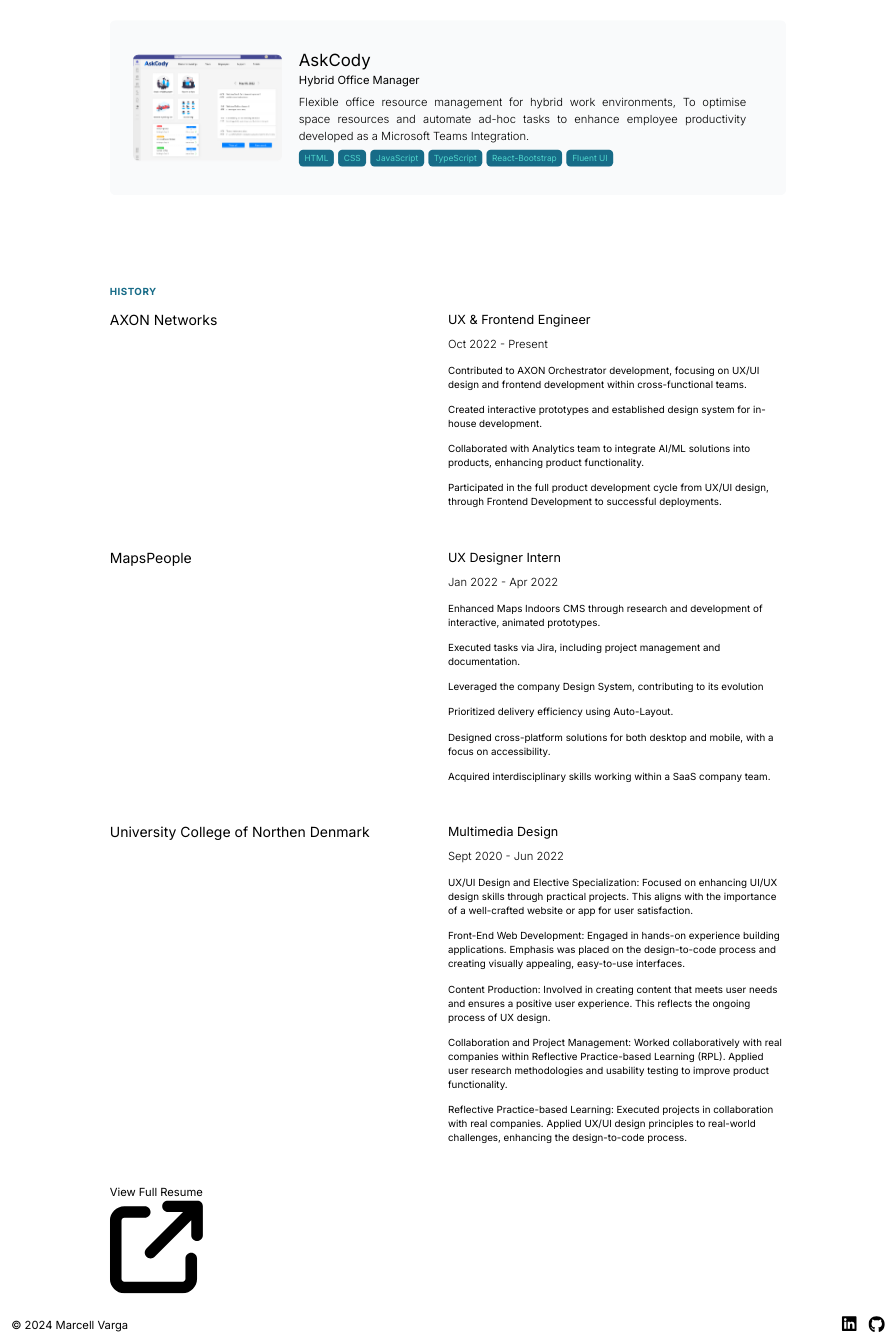
Repository: TheMarcellVarga/personal-portfolio-v.2
Page: /
These files come from the project's save history. The page is drawn as it stood at one moment and after the next save; the edit follows.
The browser window is 1280 px wide. The pictures show the part of the page from y = 2507 to 4427 px (the page is 4427 px tall before and 4330 px after), at 70% of full size.
The project was rebuilt for these pictures with package versions that can differ from the ones it lists, and the page was loaded fresh each time. The framework's server and built-in components were replaced by stand-ins that run in the browser. Also part of the build but not shown: next.config.mjs.

Above is the page before, as saved 2024-06-16 20:48:25.

### app/layout.tsx
import type { Metadata } from "next";
import { Inter } from "next/font/google";
import "./globals.css";

const inter = Inter({ subsets: ["latin"] });

export const metadata: Metadata = {
  title: {
    template: "%s | Marcell Varga",
    default: "Marcell Varga",
  },
  description: "Marcell Varga Portfolio | UX & Frontend Engineer",
};
export default function RootLayout({
  children,
}: Readonly<{
  children: React.ReactNode;
}>) {
  return (
    <html lang="en">
      <body className={inter.className}>{children}</body>
    </html>
  );
}

### app/globals.css
@tailwind base;
@tailwind components;
@tailwind utilities;

/* :root {
  --foreground-rgb: 0, 0, 0;
  --background-start-rgb: 214, 219, 220;
  --background-end-rgb: 255, 255, 255;
}

@media (prefers-color-scheme: dark) {
  :root {
    --foreground-rgb: 255, 255, 255;
    --background-start-rgb: 0, 0, 0;
    --background-end-rgb: 0, 0, 0;
  }
}

body {
  color: rgb(var(--foreground-rgb));
  background: linear-gradient(
      to bottom,
      transparent,
      rgb(var(--background-end-rgb))
    )
    rgb(var(--background-start-rgb));
}

@layer utilities {
  .text-balance {
    text-wrap: balance;
  }
} */

/* Light mode */
body {
  background-color: white;
  color: black;
}

/* Dark mode */
.dark body {
  background-color: black;
  color: white;
}

/* globals.css */
.svg-pink {
  fill: pink;
}

/* In your CSS file */
.light .dark-mode-icon {
  fill: #ffffff
}

.dark .dark-mode-icon {
  fill: #ffffff; /* Dark mode color */
}

@-webkit-keyframes animate-svg-stroke-1 {
  0% {
    stroke-dashoffset: 210.06117248535156px;
    stroke-dasharray: 210.06117248535156px;
  }

  100% {
    stroke-dashoffset: 420.1223449707031px;
    stroke-dasharray: 210.06117248535156px;
  }
}

@keyframes animate-svg-stroke-1 {
  0% {
    stroke-dashoffset: 210.06117248535156px;
    stroke-dasharray: 210.06117248535156px;
  }

  100% {
    stroke-dashoffset: 420.1223449707031px;
    stroke-dasharray: 210.06117248535156px;
  }
}

.svg-elem-1 {
  -webkit-animation: animate-svg-stroke-1 1s ease-in-out 1s both;
  animation: animate-svg-stroke-1 1s ease-in-out 1s both;
}

@-webkit-keyframes animate-svg-stroke-2 {
  0% {
    stroke-dashoffset: 798.271240234375px;
    stroke-dasharray: 798.271240234375px;
  }

  100% {
    stroke-dashoffset: 1596.54248046875px;
    stroke-dasharray: 798.271240234375px;
  }
}

@keyframes animate-svg-stroke-2 {
  0% {
    stroke-dashoffset: 798.271240234375px;
    stroke-dasharray: 798.271240234375px;
  }

  100% {
    stroke-dashoffset: 1596.54248046875px;
    stroke-dasharray: 798.271240234375px;
  }
}

.svg-elem-2 {
  -webkit-animation: animate-svg-stroke-2 1s ease-in-out 1.12s both;
  animation: animate-svg-stroke-2 1s ease-in-out 1.12s both;
}

@-webkit-keyframes animate-svg-stroke-3 {
  0% {
    stroke-dashoffset: 2px;
    stroke-dasharray: 2px;
  }

  100% {
    stroke-dashoffset: 4px;
    stroke-dasharray: 2px;
  }
}

@keyframes animate-svg-stroke-3 {
  0% {
    stroke-dashoffset: 2px;
    stroke-dasharray: 2px;
  }

  100% {
    stroke-dashoffset: 4px;
    stroke-dasharray: 2px;
  }
}

.svg-elem-3 {
  -webkit-animation: animate-svg-stroke-3 1s ease-in-out 1.24s both;
  animation: animate-svg-stroke-3 1s ease-in-out 1.24s both;
}

/* CSS for the overlay */
.nav-overlay {
  position: fixed;
  top: 0;
  right: 0;
  width: 80%; /* Adjust the width as needed */
  height: 100%;
  background-color: rgba(23, 107, 135, 1); /* Semi-transparent background */
  transform: translateX(100%); /* Hidden off-screen to the right */
  transition: transform 0.3s ease-out; /* Smooth transition */
  display: flex;
  flex-direction: column;
  justify-content: space-between; /* Pushes the button to the bottom */
  align-items: center;
  padding: 2rem;
  z-index: 2;
 }

 .nav-overlay.open {
  transform: translateX(0); /* Slide in from the right */
 }

/* Hamburger menu with increased z-index when open */
.md\:hidden {
  cursor: pointer;
  z-index: 2; /* Default z-index */
}

.md\:hidden.open {
  z-index: 5; /* Increased z-index when open */
}

/* Hamburger menu lines */
.md\:hidden > div {
  transition: all 0.3s ease;
}

/* Top line of the hamburger menu */
.md\:hidden > div:nth-child(1) {
  transform-origin: center;
}

/* Middle line of the hamburger menu */
.md\:hidden > div:nth-child(2) {
  transform-origin: center;
}

/* Bottom line of the hamburger menu */
.md\:hidden > div:nth-child(3) {
  transform-origin: center;
}

/* Animation for the hamburger menu to become a cross */
.md\:hidden.open > div:nth-child(1) {
  transform: rotate(45deg);
}

.md\:hidden.open > div:nth-child(2) {
  opacity: 0;
}

.md\:hidden.open > div:nth-child(3) {
  transform: rotate(-45deg);
}

/* Hamburger menu with increased z-index when open */
.md\:hidden {
  cursor: pointer;
  z-index: 2; /* Default z-index */
}

.md\:hidden.open {
  z-index: 5; /* Increased z-index when open */
}

/* CSS for the close button */
.close-btn {
  position: absolute;
  top: 1rem;
  right: 1rem;
  background: none;
  border: none;
  font-size: 1.5rem;
  color: #fff;
  cursor: pointer;
}

/* globals.css */
.sticky-header {
  position: sticky;
  top: 0;
  z-index: 1000; /* Ensure the header stays on top of other content */
}

.pink-svg {
  filter: hue-rotate(300deg); /* Adjust the degree value as needed */
}

@keyframes moveDown {
  0% {
    transform: translateY(0);
  }
  100% {
    transform: translateY(15px); /* Adjust the value as needed */
  }
}

.animate-moveDown {
  animation: moveDown 2s infinite alternate ease-in-out; /* Adjust the duration as needed */
}

.globe-container {
  display: flex;
  justify-content: center;
  align-items: center;
  width: 100%;
  height: 500px; /* Adjust based on your desired height */
}

### public/icons/indexSigAnimated.tsx
import React from "react";

interface IconProps {
  isDarkMode: boolean;
  isOpen: boolean;
}

const IndexSigAnimatedIcon: React.FC<IconProps> = ({ isDarkMode, isOpen }) => {
  return (
    <svg
      className="svg-elem-1"
      width="85"
      height="37"
      viewBox="0 0 85 37"
      fill="none"
      xmlns="http://www.w3.org/2000/svg"
    >
      <g clipPath="url(#clip0_18_152)">
        <path
          stroke={isOpen ? "#053B50" : isDarkMode ? "white" : "#053B50"}
          strokeLinecap="round"
          strokeLinejoin="round"
          d="M0.396973 36.3291C0.396973 36.3291 1.80464 21.811 13.6633 7.89246"
        />
        <path
          stroke={isOpen ? "#053B50" : isDarkMode ? "white" : "#053B50"}
          strokeLinecap="round"
          strokeLinejoin="round"
          d="M84.6029 0.378418C83.4907 1.72562 28.5188 31.0478 28.5188 31.0478C34.2765 18.2493 39.5275 5.38881 37.4414 4.87415C37.3274 4.8523 37.2096 4.85749 37.0982 4.88928C31.574 6.017 19.8186 16.4677 17.715 17.2805C17.665 17.3015 17.6107 17.3113 17.5561 17.3093C16.4821 17.2881 15.8514 13.5856 15.4907 9.68776"
        />
      </g>
      <defs>
        <clipPath id="clip0_18_152">
          <rect width="85" height="36.7076" fill="white" />
        </clipPath>
      </defs>
    </svg>
  );
};

export default IndexSigAnimatedIcon;

### public/icons/darkMode.tsx
import React from "react";

interface IconProps {
  isDarkMode: boolean;
  isOpen: boolean;
}

const DarkModeIcon: React.FC<IconProps> = ({ isDarkMode, isOpen }) => {
  return (
    <svg
      xmlns="http://www.w3.org/2000/svg"
      height="24px"
      viewBox="0 -960 960 960"
      width="24px"
      fill="none"
    >
      <path
        fill={isOpen ? "white" : isDarkMode ? "white" : "black"}
        d="M480-80q-83 0-156-31.5T197-197q-54-54-85.5-127T80-480q0-83 31.5-156T197-763q54-54 127-85.5T480-880q83 0 156 31.5T763-763q54 54 85.5 127T880-480q0 83-31.5 156T763-197q-54 54-127 85.5T480-80Zm40-83q119-15 199.5-104.5T800-480q0-123-80.5-212.5T520-797v634Z"
      />
    </svg>
  );
};

export default DarkModeIcon;

### public/icons/linkedin.tsx
import React from "react";

interface LinkedInIconProps {
  isDarkMode: boolean;
  isOpen: boolean;
}

const LinkedInIcon: React.FC<LinkedInIconProps> = ({ isDarkMode, isOpen }) => {
  return (
    <svg
      width="22"
      height="22"
      viewBox="0 0 22 22"
      fill="none"
      xmlns="http://www.w3.org/2000/svg"
    >
      <path
        d="M20.25 0.5H2.24531C1.42031 0.5 0.75 1.17969 0.75 2.01406V19.9859C0.75 20.8203 1.42031 21.5 2.24531 21.5H20.25C21.075 21.5 21.75 20.8203 21.75 19.9859V2.01406C21.75 1.17969 21.075 0.5 20.25 0.5ZM7.09687 18.5H3.98438V8.47812H7.10156V18.5H7.09687ZM5.54062 7.10938C4.54219 7.10938 3.73594 6.29844 3.73594 5.30469C3.73594 4.31094 4.54219 3.5 5.54062 3.5C6.53437 3.5 7.34531 4.31094 7.34531 5.30469C7.34531 6.30312 6.53906 7.10938 5.54062 7.10938ZM18.7641 18.5H15.6516V13.625C15.6516 12.4625 15.6281 10.9672 14.0344 10.9672C12.4125 10.9672 12.1641 12.2328 12.1641 13.5406V18.5H9.05156V8.47812H12.0375V9.84687H12.0797C12.4969 9.05937 13.5141 8.22969 15.0281 8.22969C18.1781 8.22969 18.7641 10.3062 18.7641 13.0062V18.5Z"
        fill={isOpen ? "white" : isDarkMode ? "white" : "black"}
      />
    </svg>
  );
};

export default LinkedInIcon;

### public/icons/openResume.tsx
import React from "react";

interface IconProps {
  isDarkMode: boolean;
  isHover: boolean;
}

const DarkModeIcon: React.FC<IconProps> = ({ isDarkMode, isHover }) => {
  return (
    <svg xmlns="http://www.w3.org/2000/svg" viewBox="0 0 512 512">
      <path
        fill={isHover ? "blue" : isDarkMode ? "white" : "black"}
        d="M320 0c-17.7 0-32 14.3-32 32s14.3 32 32 32h82.7L201.4 265.4c-12.5 12.5-12.5 32.8 0 45.3s32.8 12.5 45.3 0L448 109.3V192c0 17.7 14.3 32 32 32s32-14.3 32-32V32c0-17.7-14.3-32-32-32H320zM80 32C35.8 32 0 67.8 0 112V432c0 44.2 35.8 80 80 80H400c44.2 0 80-35.8 80-80V320c0-17.7-14.3-32-32-32s-32 14.3-32 32V432c0 8.8-7.2 16-16 16H80c-8.8 0-16-7.2-16-16V112c0-8.8 7.2-16 16-16H192c17.7 0 32-14.3 32-32s-14.3-32-32-32H80z"
      />
    </svg>
  );
};

export default DarkModeIcon;

### public/icons/github.tsx
import React from "react";

interface IconProps {
  isDarkMode: boolean;
  isOpen: boolean;
}

const GitHubIcon: React.FC<IconProps> = ({ isDarkMode, isOpen }) => {
  return (
    <svg
      width="24"
      height="24"
      viewBox="0 0 24 24"
      fill="none"
      xmlns="http://www.w3.org/2000/svg"
    >
      <g clip-path="url(#clip0_21_650)">
        <path
          d="M8.52656 18.6281C8.52656 18.7219 8.41875 18.7969 8.28281 18.7969C8.12812 18.8109 8.02031 18.7359 8.02031 18.6281C8.02031 18.5344 8.12813 18.4594 8.26406 18.4594C8.40469 18.4453 8.52656 18.5203 8.52656 18.6281ZM7.06875 18.4172C7.03594 18.5109 7.12969 18.6187 7.27031 18.6469C7.39219 18.6937 7.53281 18.6469 7.56094 18.5531C7.58906 18.4594 7.5 18.3516 7.35938 18.3094C7.2375 18.2766 7.10156 18.3234 7.06875 18.4172ZM9.14062 18.3375C9.00469 18.3703 8.91094 18.4594 8.925 18.5672C8.93906 18.6609 9.06094 18.7219 9.20156 18.6891C9.3375 18.6562 9.43125 18.5672 9.41719 18.4734C9.40312 18.3844 9.27656 18.3234 9.14062 18.3375ZM12.225 0.375C5.72344 0.375 0.75 5.31094 0.75 11.8125C0.75 17.0109 4.02188 21.4594 8.69531 23.025C9.29531 23.1328 9.50625 22.7625 9.50625 22.4578C9.50625 22.1672 9.49219 20.5641 9.49219 19.5797C9.49219 19.5797 6.21094 20.2828 5.52188 18.1828C5.52188 18.1828 4.9875 16.8187 4.21875 16.4672C4.21875 16.4672 3.14531 15.7312 4.29375 15.7453C4.29375 15.7453 5.46094 15.8391 6.10312 16.9547C7.12969 18.7641 8.85 18.2437 9.52031 17.9344C9.62813 17.1844 9.93281 16.6641 10.2703 16.3547C7.65 16.0641 5.00625 15.6844 5.00625 11.175C5.00625 9.88594 5.3625 9.23906 6.1125 8.41406C5.99062 8.10938 5.59219 6.85312 6.23438 5.23125C7.21406 4.92656 9.46875 6.49688 9.46875 6.49688C10.4062 6.23438 11.4141 6.09844 12.4125 6.09844C13.4109 6.09844 14.4188 6.23438 15.3563 6.49688C15.3563 6.49688 17.6109 4.92188 18.5906 5.23125C19.2328 6.85781 18.8344 8.10938 18.7125 8.41406C19.4625 9.24375 19.9219 9.89062 19.9219 11.175C19.9219 15.6984 17.1609 16.0594 14.5406 16.3547C14.9719 16.725 15.3375 17.4281 15.3375 18.5297C15.3375 20.1094 15.3234 22.0641 15.3234 22.4484C15.3234 22.7531 15.5391 23.1234 16.1344 23.0156C20.8219 21.4594 24 17.0109 24 11.8125C24 5.31094 18.7266 0.375 12.225 0.375ZM5.30625 16.5422C5.24531 16.5891 5.25938 16.6969 5.33906 16.7859C5.41406 16.8609 5.52187 16.8938 5.58281 16.8328C5.64375 16.7859 5.62969 16.6781 5.55 16.5891C5.475 16.5141 5.36719 16.4812 5.30625 16.5422ZM4.8 16.1625C4.76719 16.2234 4.81406 16.2984 4.90781 16.3453C4.98281 16.3922 5.07656 16.3781 5.10938 16.3125C5.14219 16.2516 5.09531 16.1766 5.00156 16.1297C4.90781 16.1016 4.83281 16.1156 4.8 16.1625ZM6.31875 17.8312C6.24375 17.8922 6.27187 18.0328 6.37969 18.1219C6.4875 18.2297 6.62344 18.2437 6.68437 18.1688C6.74531 18.1078 6.71719 17.9672 6.62344 17.8781C6.52031 17.7703 6.37969 17.7563 6.31875 17.8312ZM5.78438 17.1422C5.70937 17.1891 5.70937 17.3109 5.78438 17.4188C5.85938 17.5266 5.98594 17.5734 6.04688 17.5266C6.12187 17.4656 6.12187 17.3438 6.04688 17.2359C5.98125 17.1281 5.85938 17.0813 5.78438 17.1422Z"
          fill={isOpen ? "white" : isDarkMode ? "white" : "black"}
        />
      </g>
      <defs>
        <clipPath id="clip0_21_650">
          <rect
            width="23.25"
            height="24"
            fill={isOpen ? "white" : isDarkMode ? "white" : "black"}
            transform="translate(0.75)"
          />
        </clipPath>
      </defs>
    </svg>
  );
};

export default GitHubIcon;

### public/icons/mouseScroll.tsx
import React from "react";

interface IconProps {
  isDarkMode: boolean;
  isOpen: boolean;
}

const MouseScrollIcon: React.FC<IconProps> = ({ isDarkMode, isOpen }) => {
  return (
    <svg
      className="animate-moveDown"
      width="36"
      height="36"
      viewBox="0 0 36 36"
      fill="none"
      xmlns="http://www.w3.org/2000/svg"
    >
      <path
        d="M18 32.9999C15.1 32.9999 12.625 31.9749 10.575 29.9249C8.525 27.8749 7.5 25.3999 7.5 22.4999V13.4999C7.5 10.5999 8.525 8.12494 10.575 6.07494C12.625 4.02494 15.1 2.99994 18 2.99994C20.9 2.99994 23.375 4.02494 25.425 6.07494C27.475 8.12494 28.5 10.5999 28.5 13.4999V22.4999C28.5 25.3999 27.475 27.8749 25.425 29.9249C23.375 31.9749 20.9 32.9999 18 32.9999ZM19.5 13.4999H25.5C25.5 11.6999 24.9313 10.1124 23.7938 8.73744C22.6563 7.36244 21.225 6.49994 19.5 6.14994V13.4999ZM10.5 13.4999H16.5V6.14994C14.775 6.49994 13.3438 7.36244 12.2063 8.73744C11.0688 10.1124 10.5 11.6999 10.5 13.4999ZM18 29.9999C20.075 29.9999 21.8438 29.2687 23.3063 27.8062C24.7688 26.3437 25.5 24.5749 25.5 22.4999V16.4999H10.5V22.4999C10.5 24.5749 11.2313 26.3437 12.6938 27.8062C14.1563 29.2687 15.925 29.9999 18 29.9999Z"
        fill={isOpen ? "white" : isDarkMode ? "white" : "black"}
      />
    </svg>
  );
};

export default MouseScrollIcon;

### app/useWindowSize.tsx
import { useState, useEffect } from "react";

const useWindowSize = () => {
  const [windowSize, setWindowSize] = useState({
    width: undefined as number | undefined,
    height: undefined as number | undefined,
  });

  useEffect(() => {
    // Check if window object is available
    if (typeof window!== "undefined") {
      const handleResize = () => {
        setWindowSize({
          width: window.innerWidth * 0.6,
          height: window.innerHeight * 0.6,
        });
      };

      window.addEventListener("resize", handleResize);
      handleResize();

      return () => window.removeEventListener("resize", handleResize);
    }
  }, []);

  return windowSize;
};

export default useWindowSize;

### tailwind.config.ts
import type { Config } from "tailwindcss";

const config: Config = {
  content: [
    "./pages/**/*.{js,ts,jsx,tsx,mdx}",
    "./components/**/*.{js,ts,jsx,tsx,mdx}",
    "./app/**/*.{js,ts,jsx,tsx,mdx}",
  ],
  theme: {
    extend: {
      backgroundImage: {
        "gradient-radial": "radial-gradient(var(--tw-gradient-stops))",
        "gradient-conic":
          "conic-gradient(from 180deg at 50% 50%, var(--tw-gradient-stops))",
      },
      backgroundColor: {
        "custom-light": "#FFFFFF",
        "custom-dark": "#0f172a",
      },
      colors: {
        "custom-blue": "#176B87",
        "custom-teal": "#4FD5CC",
      },
    },
  },
  variants: {
    extend: {
      backgroundColor: ["hover"],
      borderColor: ["hover"],
    },
  },
  darkMode: "class",
  plugins: [],
};

export default config;

Loaded but not shown: app/page.tsx (740 lines, source omitted)

After the next save:
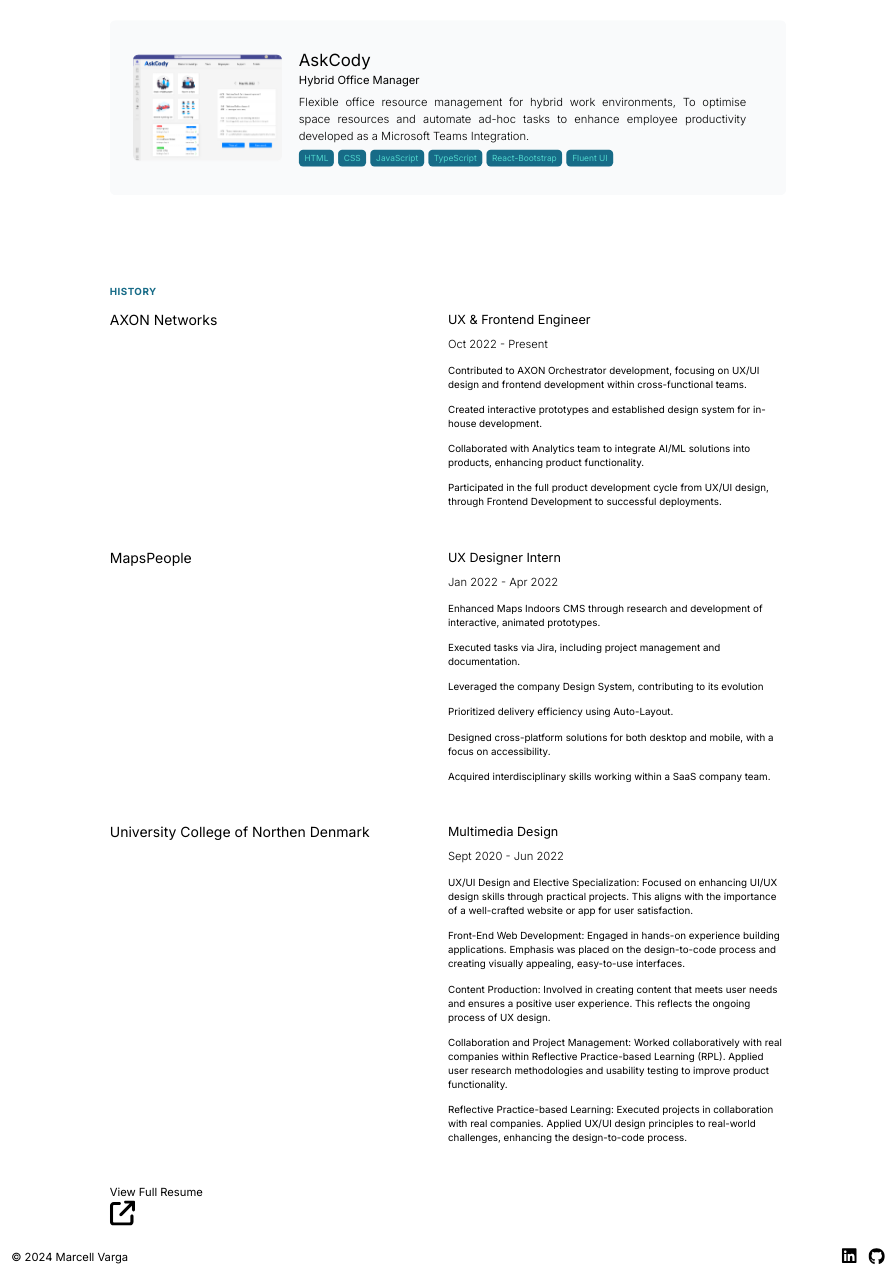
Saved 97 s later.
--- a/public/icons/openResume.tsx
+++ b/public/icons/openResume.tsx
@@ -7,7 +7,12 @@ interface IconProps {
 
 const DarkModeIcon: React.FC<IconProps> = ({ isDarkMode, isHover }) => {
   return (
-    <svg xmlns="http://www.w3.org/2000/svg" viewBox="0 0 512 512">
+    <svg
+      xmlns="http://www.w3.org/2000/svg"
+      width="36"
+      height="36"
+      viewBox="0 0 512 512"
+    >
       <path
         fill={isHover ? "blue" : isDarkMode ? "white" : "black"}
         d="M320 0c-17.7 0-32 14.3-32 32s14.3 32 32 32h82.7L201.4 265.4c-12.5 12.5-12.5 32.8 0 45.3s32.8 12.5 45.3 0L448 109.3V192c0 17.7 14.3 32 32 32s32-14.3 32-32V32c0-17.7-14.3-32-32-32H320zM80 32C35.8 32 0 67.8 0 112V432c0 44.2 35.8 80 80 80H400c44.2 0 80-35.8 80-80V320c0-17.7-14.3-32-32-32s-32 14.3-32 32V432c0 8.8-7.2 16-16 16H80c-8.8 0-16-7.2-16-16V112c0-8.8 7.2-16 16-16H192c17.7 0 32-14.3 32-32s-14.3-32-32-32H80z"
